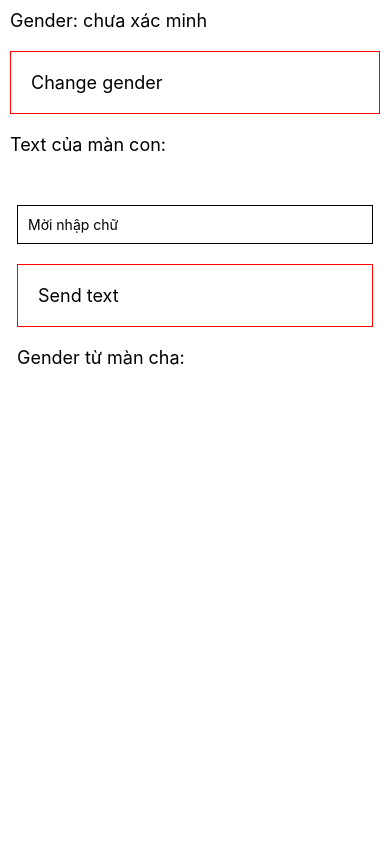
Repository: web345/test
Screen: /
An editor plug-in stored every save of this project. The screen is shown before and after the next save, followed by the edit.
The app was drawn by React Native's web renderer in a window 390 px wide. The project was rebuilt for these pictures with package versions that can differ from the ones it lists, and the page was loaded fresh each time.

Above is the screen before, as saved 2021-08-17 14:45:09.

After the next save:
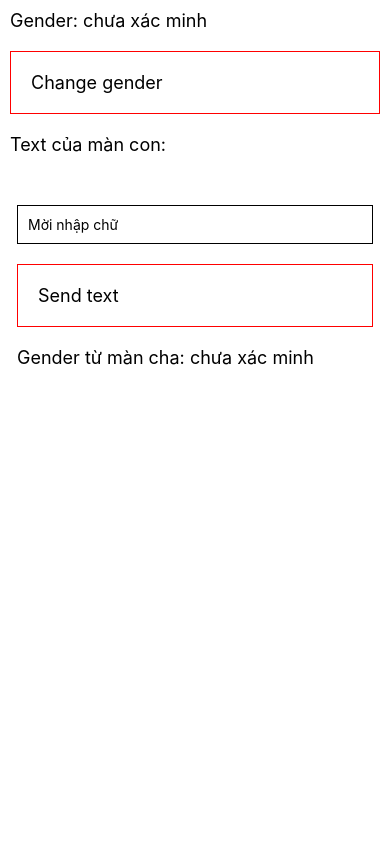
Saved 24 s later.
--- a/App.js
+++ b/App.js
@@ -13,7 +13,7 @@ export default function App() {
     <TouchableOpacity style={style.button}><Text style={style.text}>Change gender</Text></TouchableOpacity>
     <Text style={style.text} >Text của màn con: {text1}</Text>
     </View>
-    <Form2/>
+    <Form2 gioitinh={gioitinh}/>
     </SafeAreaView>
   )
 }
